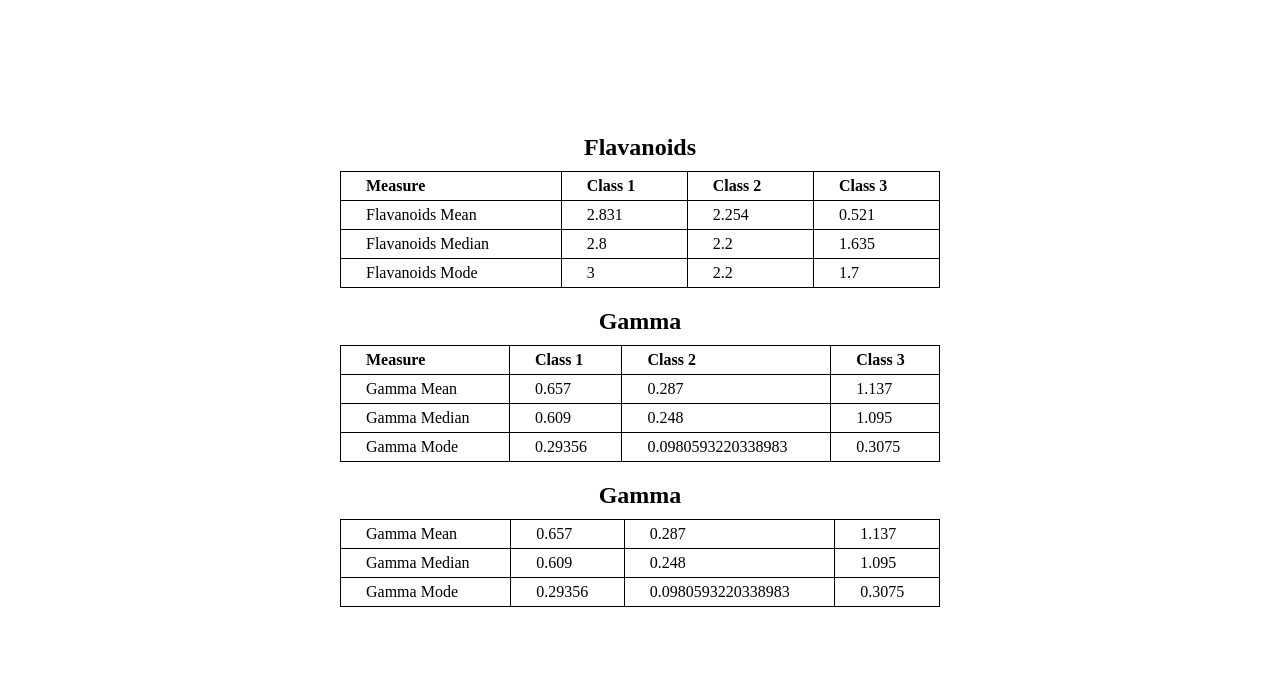
Repository: Rahul6395/WineAlcohol-Calculate
Page: /
These files come from the project's save history. The page is drawn as it stood at one moment and after the next save; the edit follows.
The browser window is 1280 px wide. The pictures show the whole page.
The project was rebuilt for these pictures with package versions that can differ from the ones it lists, and the page was loaded fresh each time.

Above is the page before, as saved 2023-05-27 11:44:02.

After the next save:
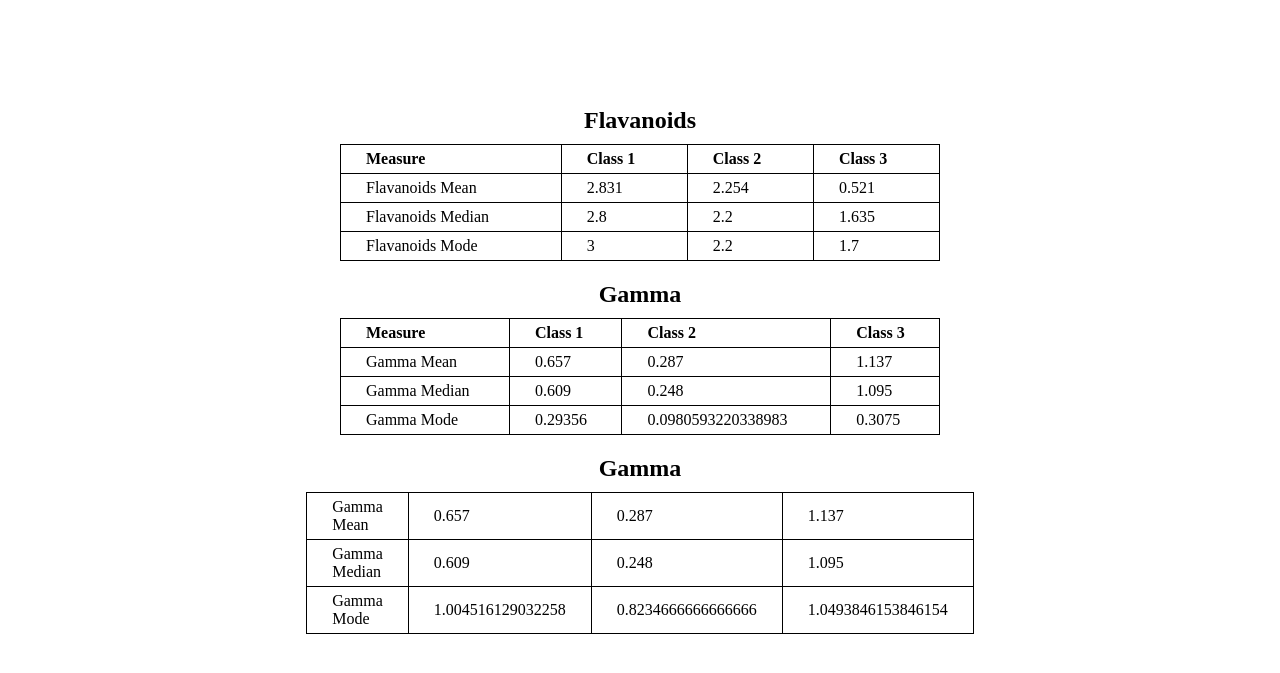
Saved 13 min 52 s later.
--- a/src/component/Gamma.js
+++ b/src/component/Gamma.js
@@ -37,7 +37,6 @@
 
     //   Mode
       function calculateMode( className,data,) {
-        // const filteredData = data.filter(item => item.Alcohol === className);
         const counts = {};
       data.forEach(item => {
           counts[item] = counts[item]  + 1 || 1;
@@ -47,7 +46,7 @@
         for (const value in counts) {
           if (counts[value] > maxCount) {
             mode =[Number(value)];
-            maxCount = counts[value];
+            maxCount = value;
           }
         }
         if(mode.length === Object.keys(counts).length) mode =[];

After the save that followed:
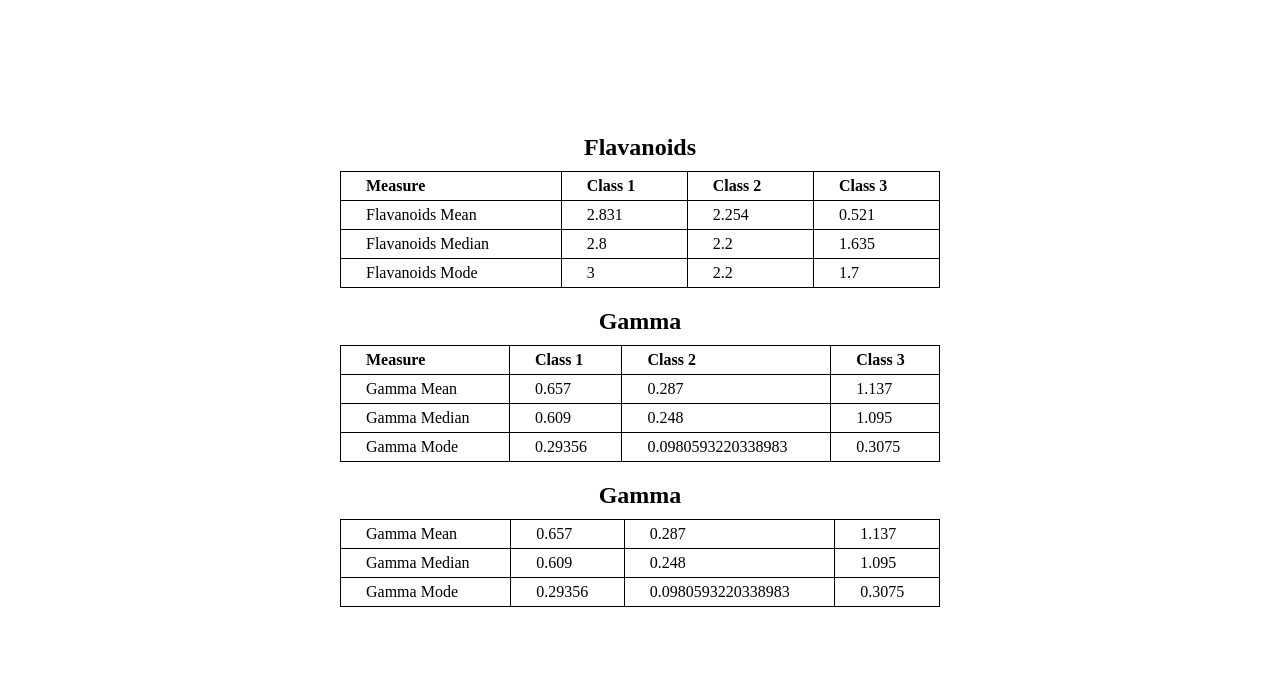
Saved 7 min 33 s later.
--- a/src/component/Gamma.js
+++ b/src/component/Gamma.js
@@ -41,16 +41,19 @@
       data.forEach(item => {
           counts[item] = counts[item]  + 1 || 1;
         });
-        let mode;
+
         let maxCount = 0;
+        let mode = Infinity;
         for (const value in counts) {
-          if (counts[value] > maxCount) {
-            mode =[Number(value)];
-            maxCount = value;
+          const item = counts[value];
+          if (item > maxCount) {
+            maxCount = item;
+            mode =value;
+
           }
         }
-        if(mode.length === Object.keys(counts).length) mode =[];
-        return mode;
+        // if(mode.length === Object.keys(counts).length) mode =[];
+        return Number(mode);
       }
 
 
